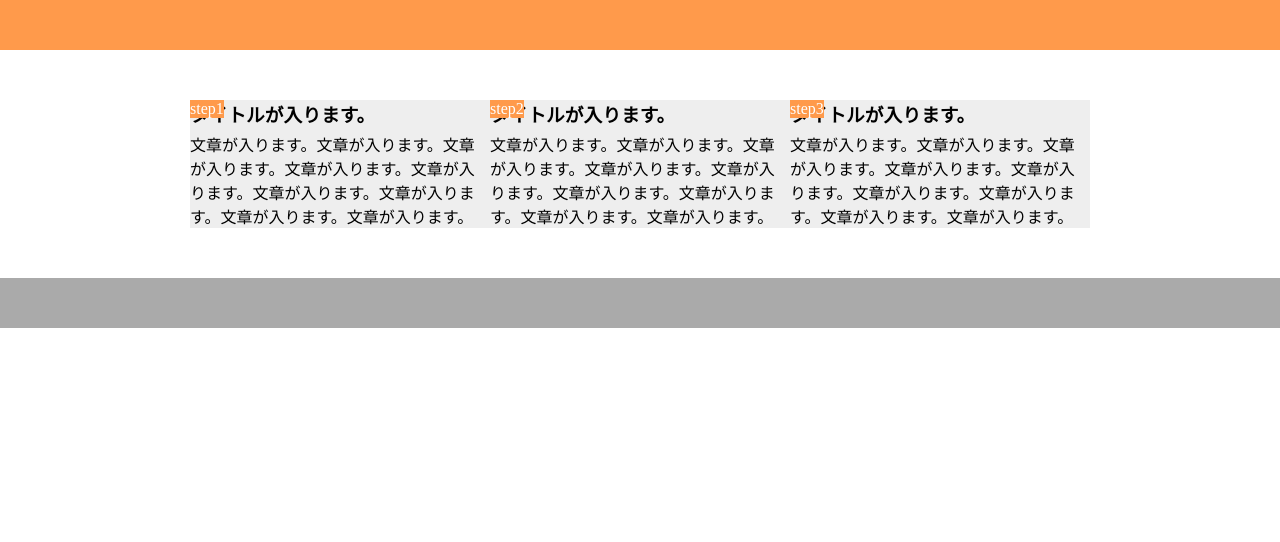
Repository: papisi-zu/book1
Page: exercises9/exercises9.html
The author's editor kept a record of every edit. The page is drawn from the files as they stood at one moment, then again after the next edit.
The browser window is 1280 px wide. The pictures show the whole page.

Above is the page before.

### exercises9/exercises9.html
<!DOCTYPE html>
<html lang="ja">
  <head>
    <meta charset="UTF-8" />
    <link rel="stylesheet" href="exercises9.css" />
    <title>exercises9</title>
  </head>

  <body>
    <header></header>
    <main>
      <section class="main-box">
        <span class="step">step1</span>
        <div class="step-image1"></div>
        <h3 class="main-title">タイトルが入ります。</h3>
        <P class="main-text">文章が入ります。文章が入ります。文章が入ります。文章が入ります。文章が入ります。文章が入ります。文章が入ります。文章が入ります。文章が入ります。</P>
      </section>
      <section class="main-box">
        <span class="step">step2</span>
        <div class="step-image2"></div>
        <h3 class="main-title">タイトルが入ります。</h3>
        <P class="main-text">文章が入ります。文章が入ります。文章が入ります。文章が入ります。文章が入ります。文章が入ります。文章が入ります。文章が入ります。文章が入ります。</P>
      </section>
      <section class="main-box">
        <span class="step">step3</span>
        <div class="step-image3"></div>
        <h3 class="main-title">タイトルが入ります。</h3>
        <P class="main-text">文章が入ります。文章が入ります。文章が入ります。文章が入ります。文章が入ります。文章が入ります。文章が入ります。文章が入ります。文章が入ります。</P>
      </section>
    </main>
    <footer></footer>
  </body>
</html>

### exercises9/exercises9.css
* {
  margin: 0;
  padding: 0;
  box-sizing: border-box;
}

header {
  width: 100%;
  height: 50px;
  background-color: #FF9A4B;
}

main {
  width: 960px;
  display: flex;
  justify-content: center;
  margin: 0 auto;
  padding: 50px 0;
}

.main-box {
  width: 300px;
  background-color: #EEEEEE;
  position: relative;
  display: inline-block;
}

.step {
  background-color: #FF9A4B;
  color: #fff;
  position: absolute;
  top: 0;
  left: 0;
}

.step-image {
  height: 150px;
  background-image: url(img/flow01.png);
  background-size: cover;
  background-position: bottom;
  display: block;
  margin: 10px 10px 15px 10px;
}

.main-title {
  margin-bottom: 5px;
}

footer {
  width: 100%;
  height: 50px;
  background-color: #AAAAAA;
}

After the next edit:
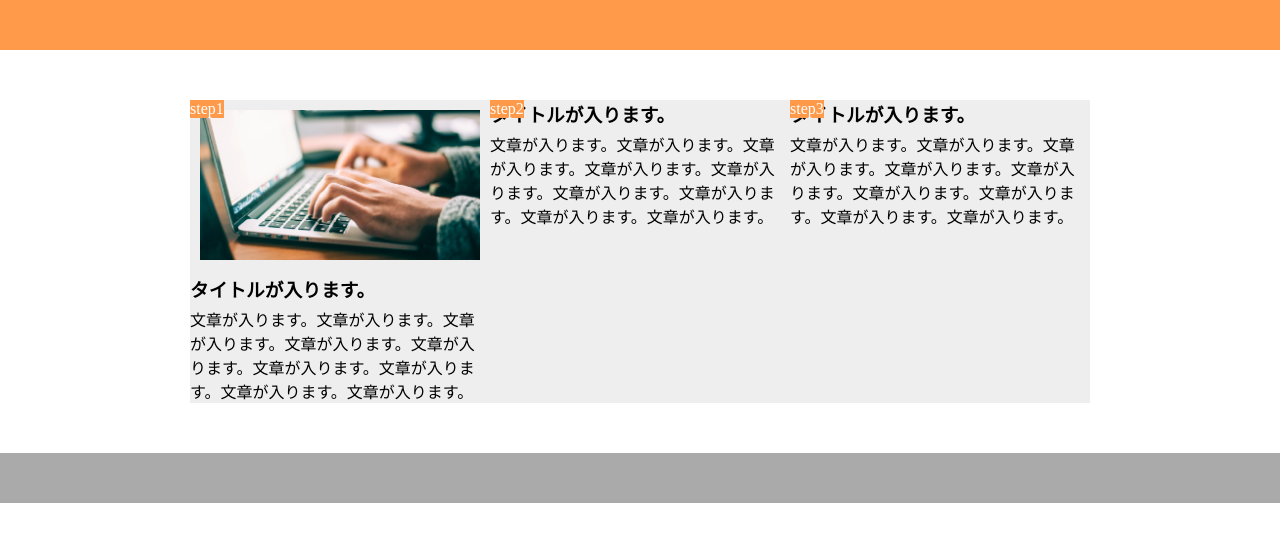
The edit:
--- a/exercises9/exercises9.css
+++ b/exercises9/exercises9.css
@@ -42,6 +42,15 @@
   margin: 10px 10px 15px 10px;
 }
 
+.step-image1 {
+  height: 150px;
+  background-image: url(img/flow01.png);
+  background-size: cover;
+  background-position: bottom;
+  display: block;
+  margin: 10px 10px 15px 10px;
+}
+
 .main-title {
   margin-bottom: 5px;
 }
